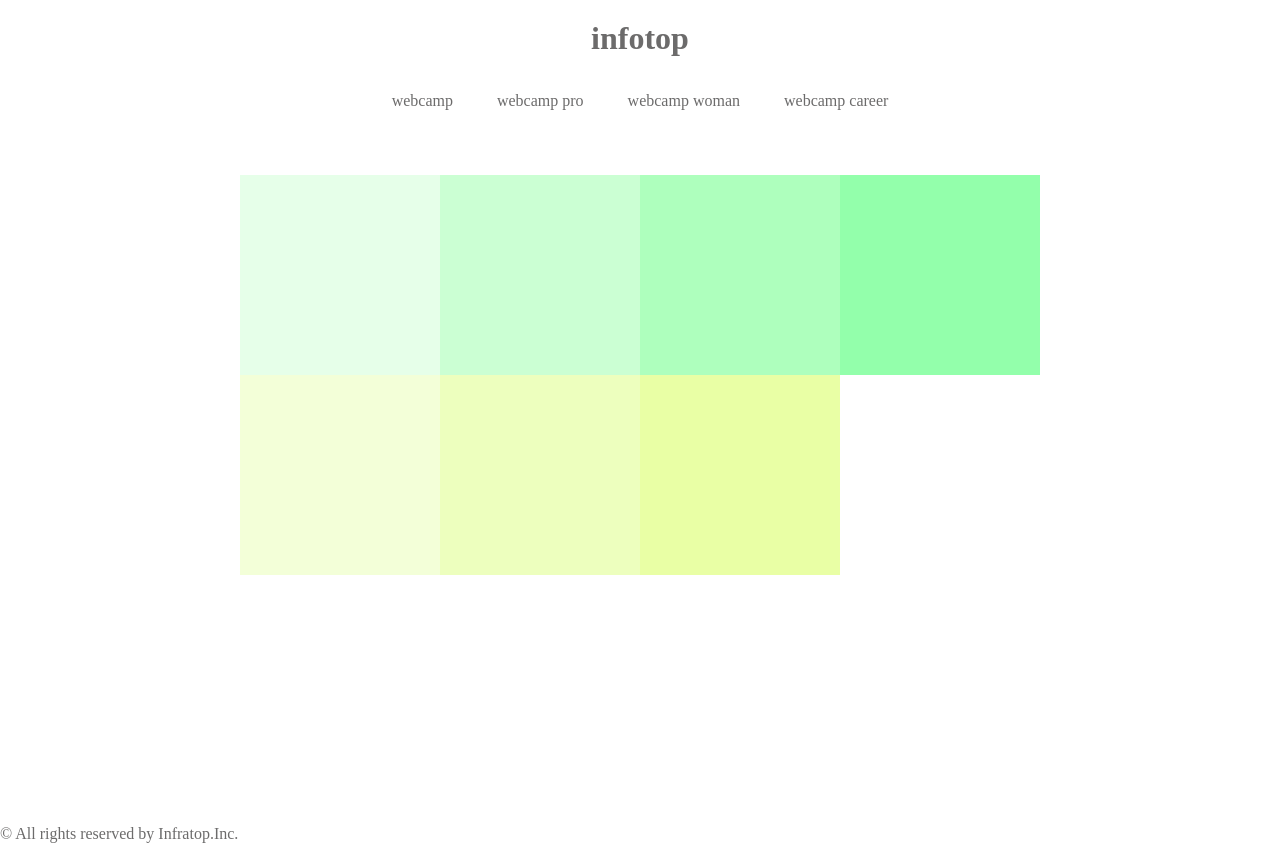
Repository: decknoboh/exercise1-8
Page: exercise1-5/index.html
The author's editor kept a record of every edit. The page is drawn from the files as they stood at one moment, then again after the next edit.
The browser window is 1280 px wide. The pictures show the whole page.

Above is the page before.

After the next edit:
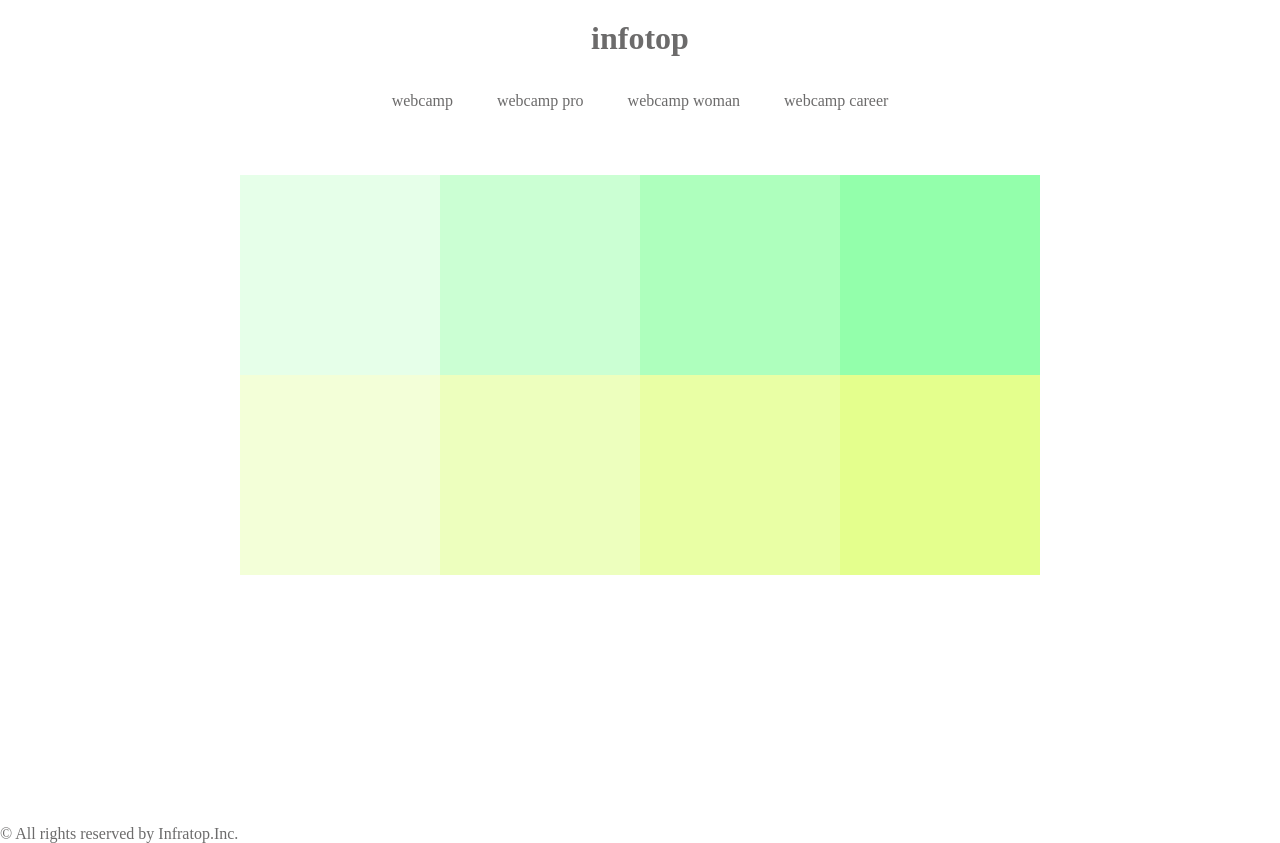
The edit:
--- a/exercise1-5/style.css
+++ b/exercise1-5/style.css
@@ -79,7 +79,7 @@
 .box8{
   width: 200px;
   height: 200px;
-  background-color:
+  background-color: #e4ff8d;
 }
 
 .box9{
